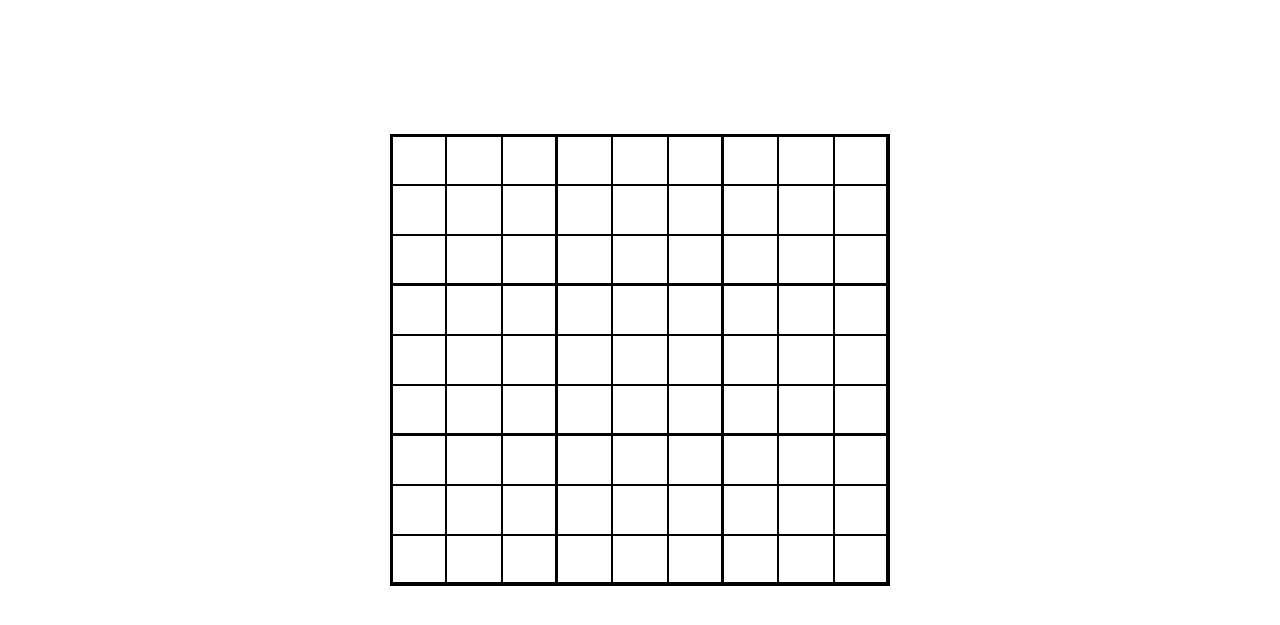
Repository: meso1007/React-Node-LoginForm-BackEnd
Page: Desktop/JS-final-project.JS/sudoku.html
These files come from the project's save history. The page is drawn as it stood at one moment and after the next save; the edit follows.
The browser window is 1280 px wide. The pictures show the whole page.

Above is the page before, as saved 2024-06-17 19:33:09.

After the next save:
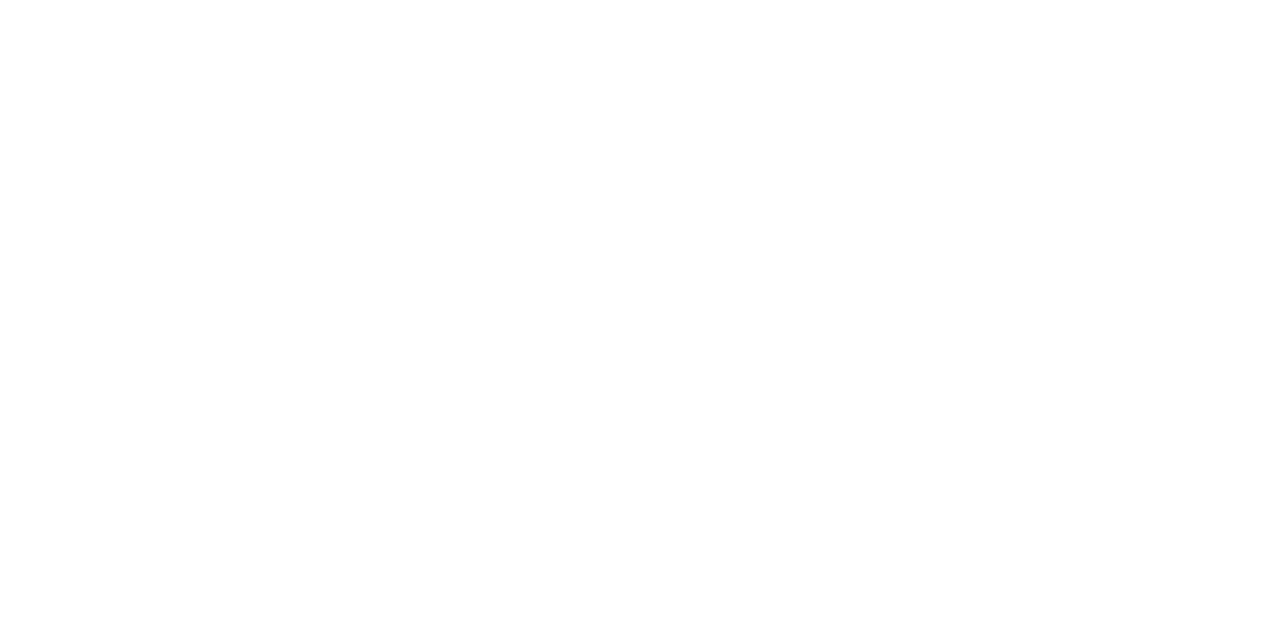
Console error: SyntaxError: Unexpected token ')'
Saved 43 s later.
--- a/Desktop/JS-final-project.JS/sudoku.html
+++ b/Desktop/JS-final-project.JS/sudoku.html
@@ -194,7 +194,7 @@
       return Math.floor(Math.random() * (max - min + 1)) + min;
     }
 
-    getBlockIndex(1,9);
+    console.log());
 
   </script>
 </html>

After the save that followed:
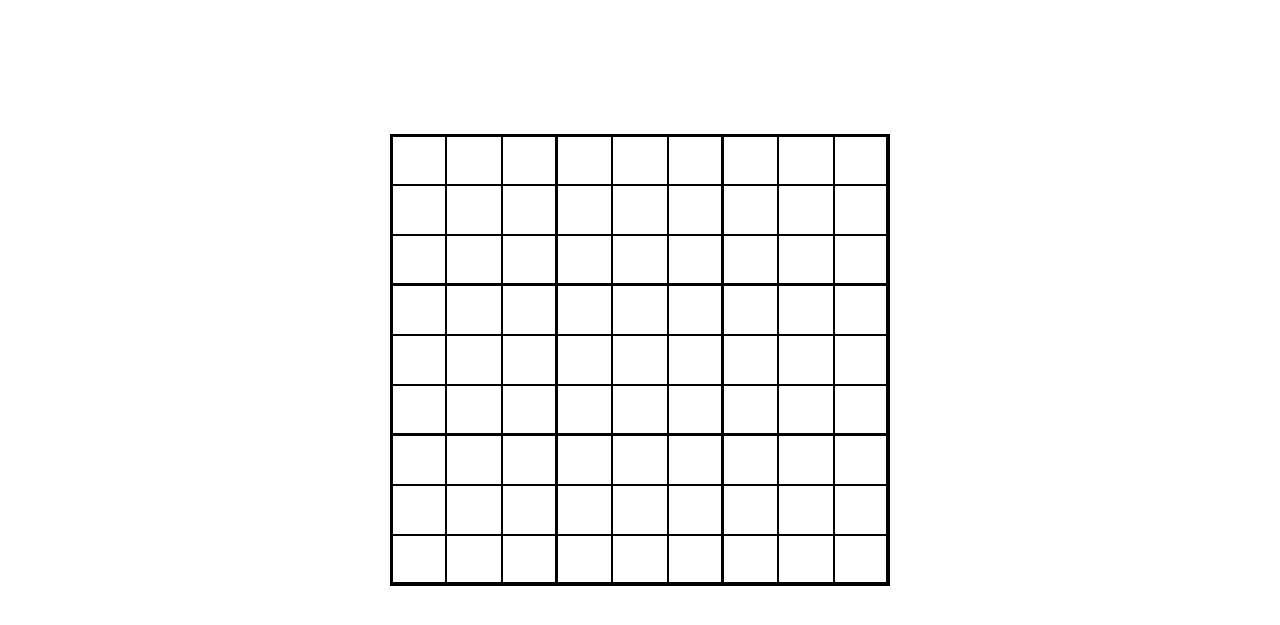
The error is gone.
Saved 8 s later.
--- a/Desktop/JS-final-project.JS/sudoku.html
+++ b/Desktop/JS-final-project.JS/sudoku.html
@@ -194,7 +194,7 @@
       return Math.floor(Math.random() * (max - min + 1)) + min;
     }
 
-    console.log());
+    console.log(`number: ${getBlockIndex(1,9)}`);
 
   </script>
 </html>
